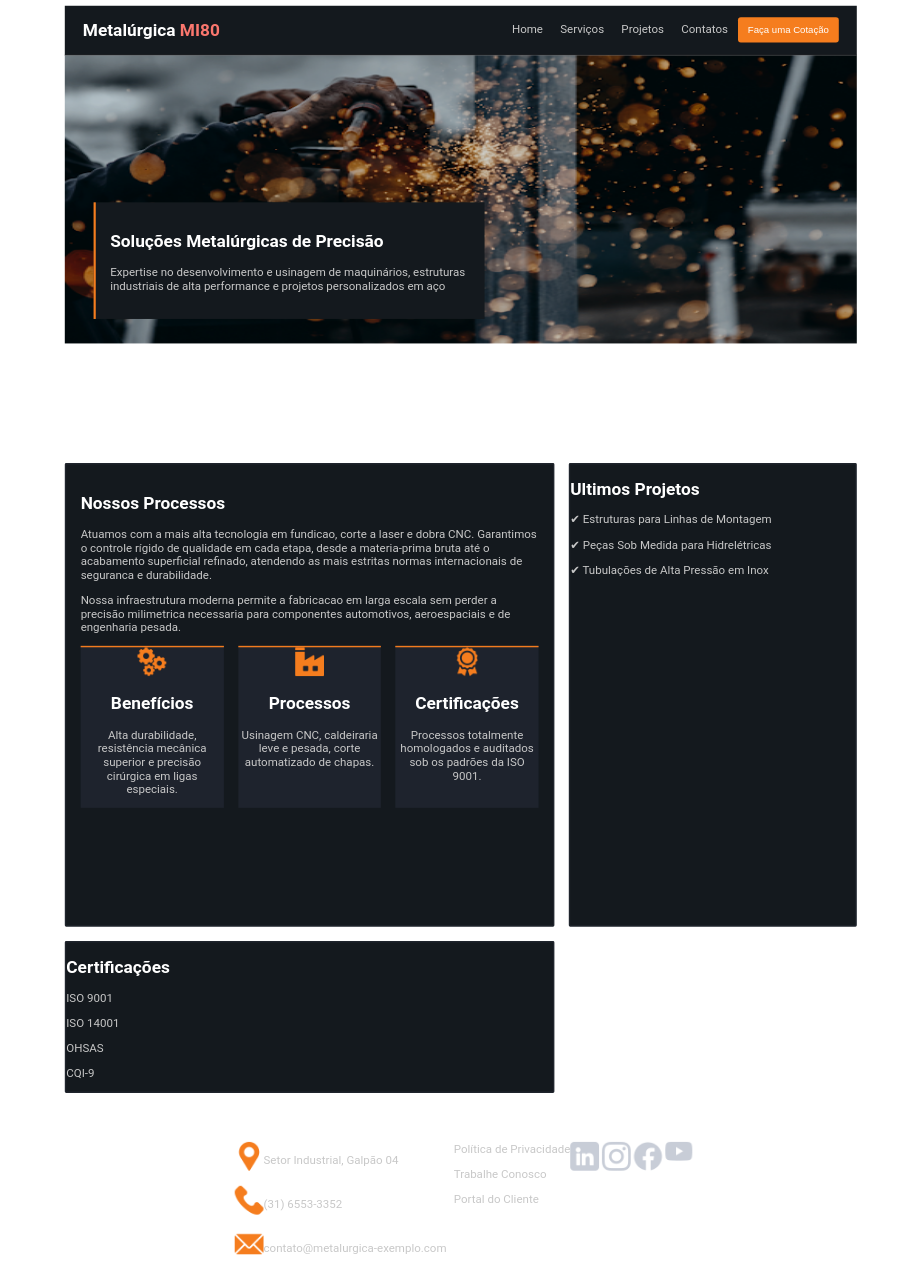
Repository: guiCherpinski/landing-page-metalurgica
Page: index.html
An editor plug-in stored every save of this project. The page is shown before and after a run of saves, followed by the edit.
The browser window is 1280 px wide. The pictures show the whole page, at 72% of full size.

Above is the page before, as saved 2026-06-08 14:51:05.

After the next 2 saves:
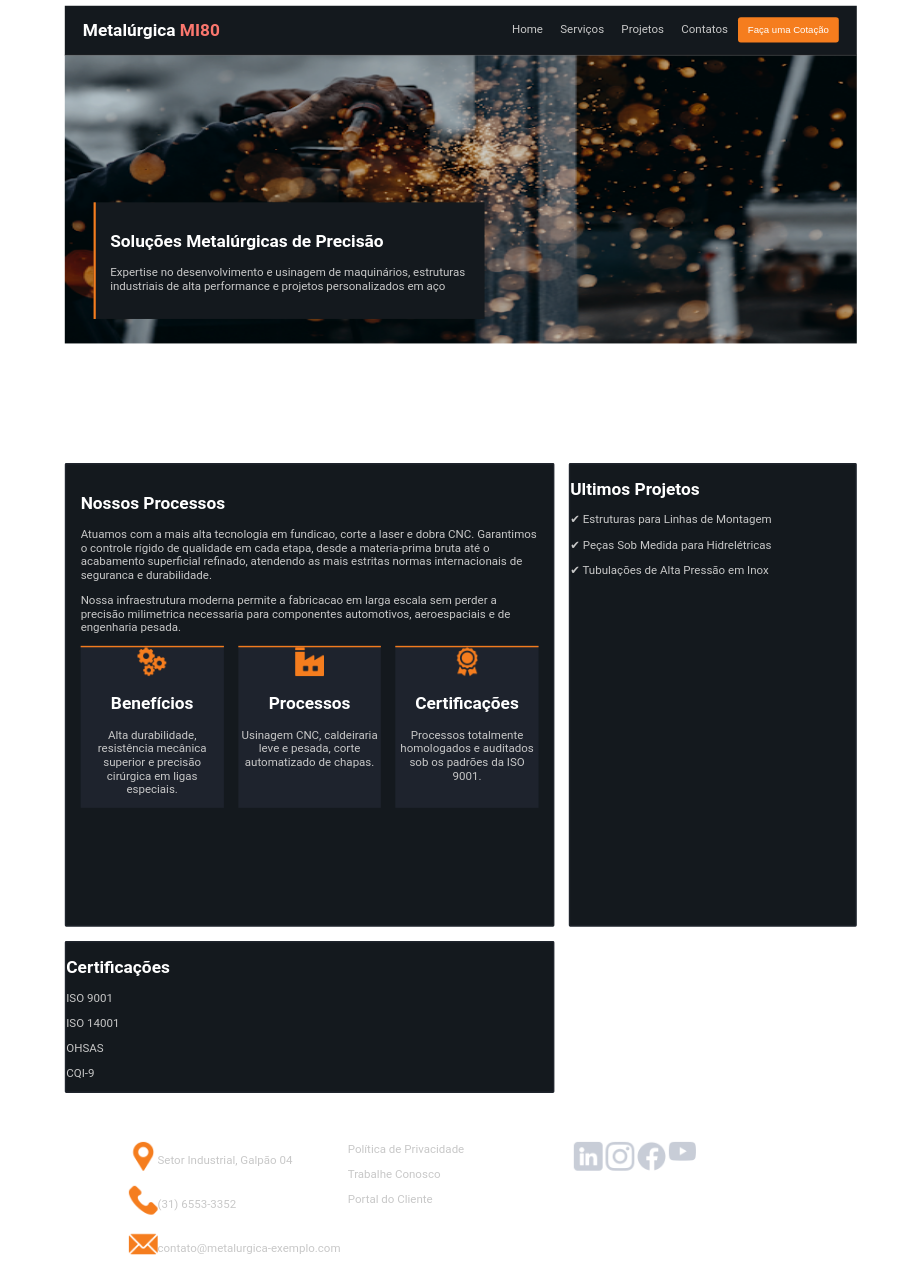
The 2 saves are shown as one change because they came seconds apart.
The last was saved 6 s later.
--- a/style.css
+++ b/style.css
@@ -151,7 +151,8 @@ header button:hover{
 }
 
 .rodape{
-    display: flex;
+     display: grid;
+    grid-template-columns: 1fr 1fr 1fr;
 }
 
 .rodape h2{
